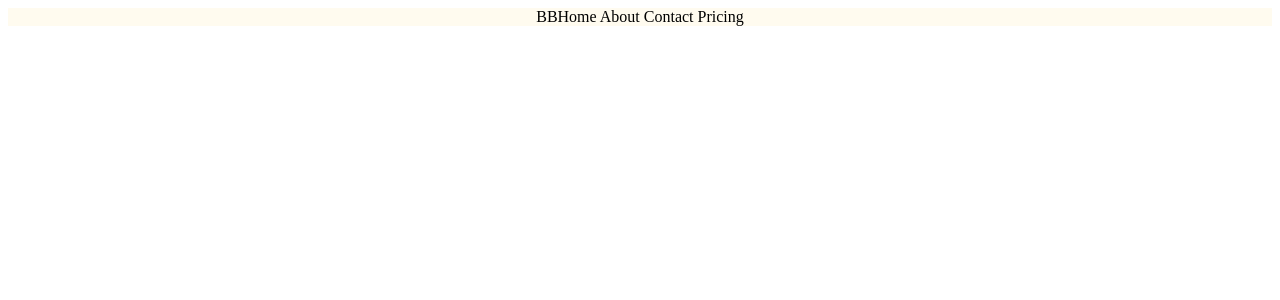
Repository: ngocphuocha/4lifeteam-marketing-agency
Page: index.html
The author's editor kept a copy of each file at every save. The page is drawn from the files as they stood at one save, then again after the next save.
The browser window is 1280 px wide. The pictures show the whole page.

Above is the page before, as saved 2023-03-13 15:58:15.

After the next save:
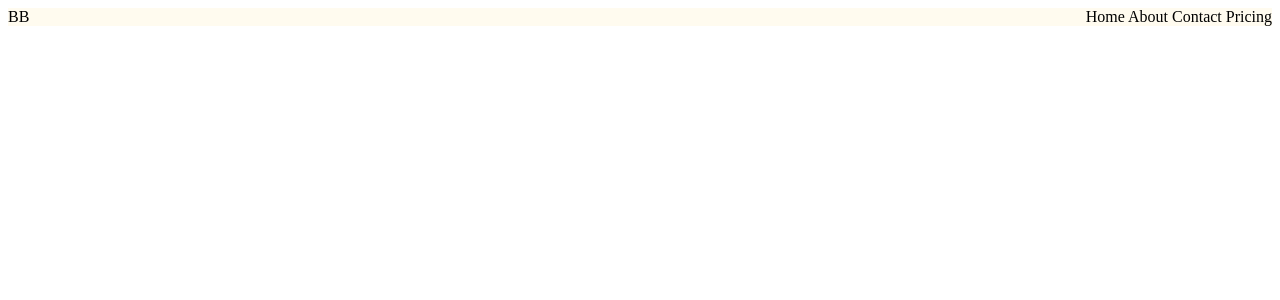
Saved 30 s later.
--- a/css/footer-service.css
+++ b/css/footer-service.css
@@ -65,5 +65,6 @@
 
   .background-footer .container{
     display: flex;
-    justify-content: center;
+    justify-content: space-between;
+    align-items: center;
   }
